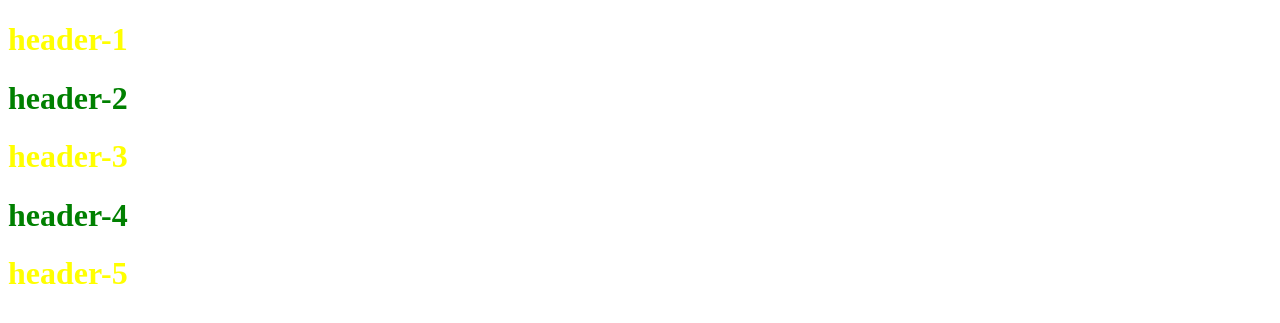
Repository: KYJIN1024/kic_jquery
Page: http://localhost/JQueryEx01/jquery29.jsp
These files come from the project's save history. The page is drawn as it stood at one moment and after the next save; the edit follows.
The browser window is 1280 px wide. The pictures show the whole page.
The page is served by Tomcat 9.

Above is the page before, as saved 2023-05-16 00:41:39.

### JQueryEx01/src/main/webapp/jquery29.jsp
<%@ page language="java" contentType="text/html; charset=UTF-8"
    pageEncoding="UTF-8"%>
<!DOCTYPE html>
<html>
<head>
<meta charset="UTF-8">
<title>Insert title here</title>


<script src="https://ajax.googleapis.com/ajax/libs/jquery/3.6.4/jquery.min.js"></script>
<script>
	$( document ).ready( function() {
		const h1 = $( 'h1' );

		h1.filter(function(index) {
			return index % 2 === 0;
		}).css('color','blue');

		h1.filter(function(index) {
			return index % 2 !== 0;
		}).css('color','green');

		h1.filter(function(index) {
			return index % 2 === 0;
		}).css('color','yellow');
	});
</script>
</head>
<body>
	<h1>header-1</h1>
	<h1>header-2</h1>
	<h1>header-3</h1>
	<h1>header-4</h1>
	<h1>header-5</h1>

</body>
</html>

After the next save:
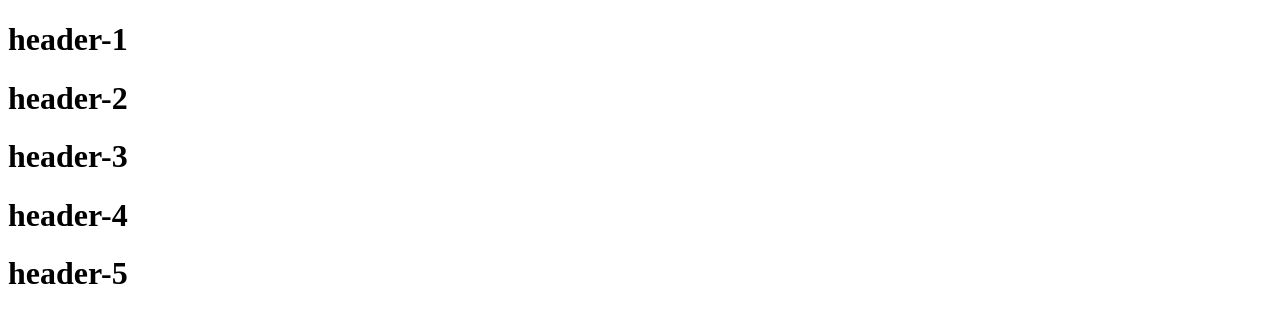
Console error: SyntaxError: Unexpected token '}'
Saved 4 min 57 s later.
--- a/JQueryEx01/src/main/webapp/jquery29.jsp
+++ b/JQueryEx01/src/main/webapp/jquery29.jsp
@@ -10,7 +10,14 @@
 <script src="https://ajax.googleapis.com/ajax/libs/jquery/3.6.4/jquery.min.js"></script>
 <script>
 	$( document ).ready( function() {
-		const h1 = $( 'h1' );
+		$('h1').filter(function(index ){
+			return index % 2 == 0;
+		}).css('color','blue');
+	});
+
+
+
+		/* const h1 = $( 'h1' );
 
 		h1.filter(function(index) {
 			return index % 2 === 0;
@@ -22,7 +29,7 @@
 
 		h1.filter(function(index) {
 			return index % 2 === 0;
-		}).css('color','yellow');
+		}).css('color','yellow'); */
 	});
 </script>
 </head>

After the save that followed:
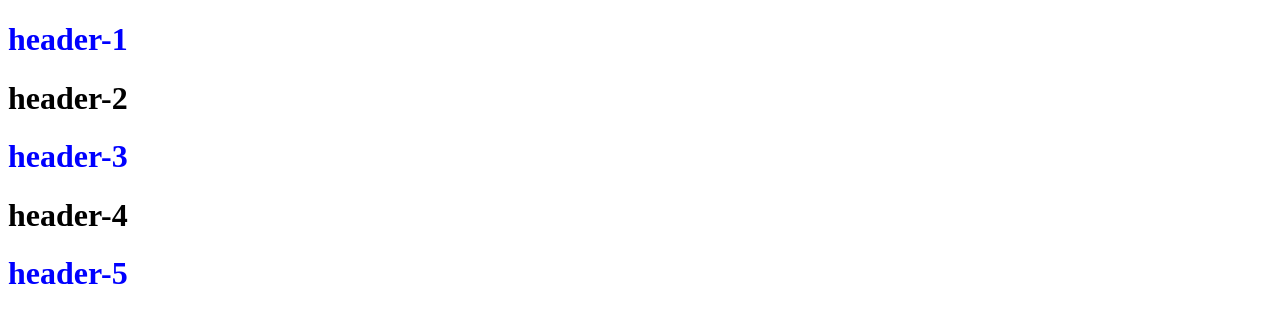
The error is gone.
Saved 95 s later.
--- a/JQueryEx01/src/main/webapp/jquery29.jsp
+++ b/JQueryEx01/src/main/webapp/jquery29.jsp
@@ -10,7 +10,8 @@
 <script src="https://ajax.googleapis.com/ajax/libs/jquery/3.6.4/jquery.min.js"></script>
 <script>
 	$( document ).ready( function() {
-		$('h1').filter(function(index ){
+		$( 'h1' ).filter( function( index ){
+			//true / false
 			return index % 2 == 0;
 		}).css('color','blue');
 	});
@@ -29,8 +30,8 @@
 
 		h1.filter(function(index) {
 			return index % 2 === 0;
-		}).css('color','yellow'); */
-	});
+		}).css('color','yellow');
+		});*/
 </script>
 </head>
 <body>
